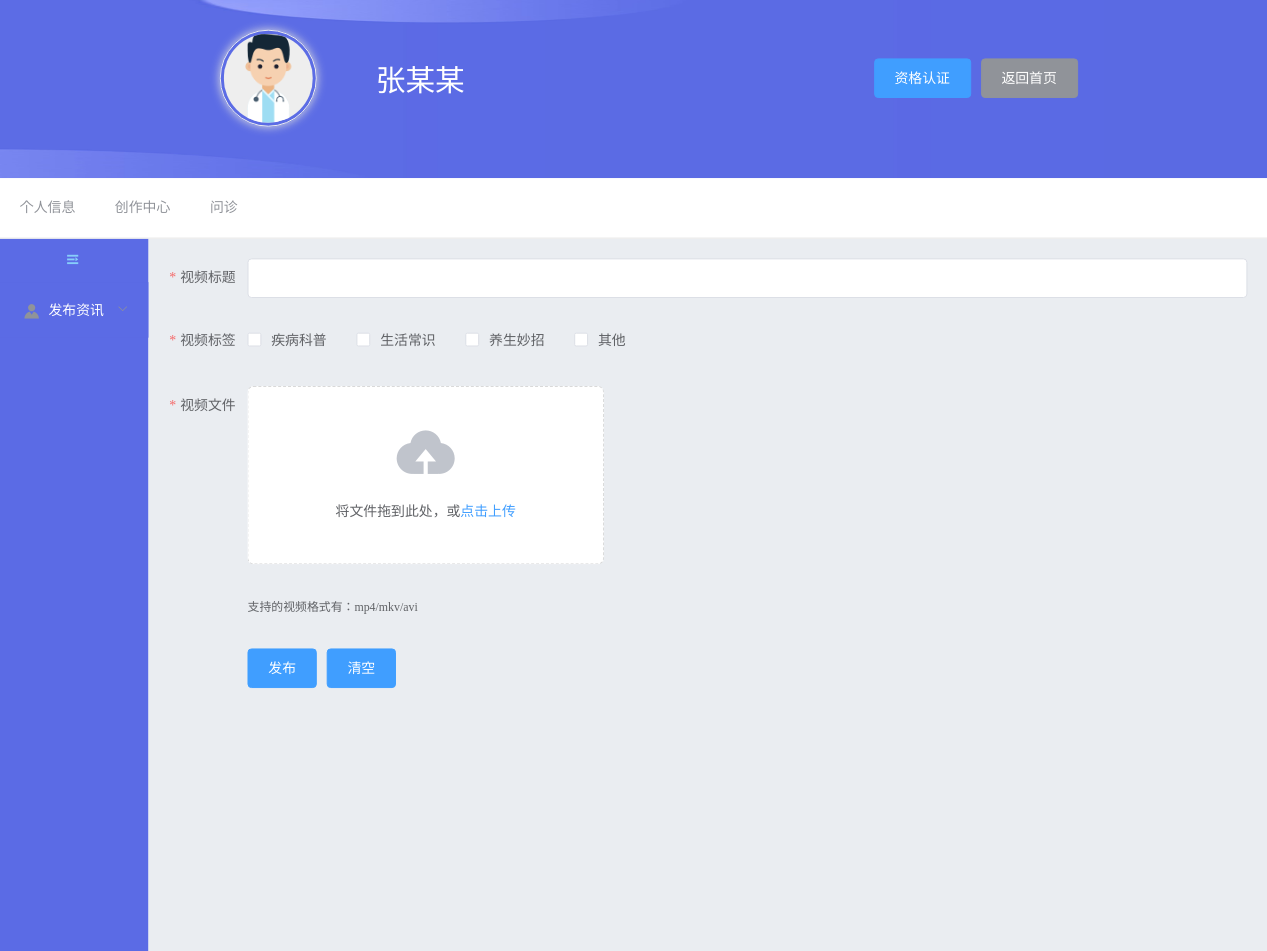
Repository: DiscreteL/SOA_Front
Page: /#/uploadVideo
These files come from the project's save history. The page is drawn as it stood at one moment and after the next save; the edit follows.
The browser window is 1280 px wide. The pictures show the whole page, at 99% of full size.
The project was rebuilt for these pictures with package versions that can differ from the ones it lists, and the page was loaded fresh each time. Also part of the build but not shown: vue.config.js, src/components/navigation.vue, src/components/dialog.vue, src/views/news.vue, src/components/announcement.vue, src/components/patientKnow.vue, src/views/Home.vue, src/views/login.vue and 15 more.

Above is the page before, as saved 2021-11-29 12:27:23.

### src/main.js
import Vue from 'vue'
import App from './App.vue'
import router from './router'
import store from './store'
import ElementUI from 'element-ui';
import 'element-ui/lib/theme-chalk/index.css';
import instance_ from "@/utils/api";

Vue.use(ElementUI);

Vue.config.productionTip = false

Vue.prototype.instance = instance_

new Vue({
  router,
  store,
  render: h => h(App)
}).$mount('#app')

router.beforeEach((to, from, next) => {
  /* 路由发生变化修改页面title */
  if (to.meta.title) {
      document.title = to.meta.title
  }
  next()
})

### src/App.vue
<template>
  <div id="app">
    <router-view/>
  </div>
</template>

<style lang="less" scoped>
</style>

<script>
export default {
  name: 'app'
}
</script>

### src/utils/api.js
//输出通用axios实例
import axios from 'axios';
axios.defaults.withCredentials = false

const instance = axios.create({
  timeout: 10000,
   headers: {
    'Content-Type': "multipart/form-data;charset=utf-8",
  }
});

export default {
  //GqvbYer04485869e6b5acbed4ed10dfd79468f6d84577b1

   diseaseList (data) {
     return instance.get("https://api.apishop.net/common/disease/queryDiseaseList?apiKey=GqvbYer04485869e6b5acbed4ed10dfd79468f6d84577b1&page=1&pageSize=50", data);
   },
   diseaseInfo(data){
    return instance.get("https://api.apishop.net/common/disease/queryDiseaseInfo?apiKey=GqvbYer04485869e6b5acbed4ed10dfd79468f6d84577b1&diseaseID="+data);
   }


//   allUser () {
//     return instance.post('/api/user');
//   },
//   allProduct () {
//    return instance.post('/api/product')
//   },
//   upload (data) {
//     return instance.post('/api/upload',data)
//   },
//   regist (data){
//   	return instance.post('/api/createOrUpdateUser',data)
//   }
};

### src/views/doctor/messageCenter.vue
<template>
  <div class="home_container">
    <UserHomeNav2></UserHomeNav2>
    <!--页面主体区-->
    <el-container>
      <!--侧边栏-->
      <el-aside :width="isCollapse ? '64px' : '150px'">
        <div class="toggle-button" @click="toggleCollapse">
          <div v-if="this.isCollapse == true">
            <i class="el-icon-s-fold"></i>
          </div>
          <div v-else>
            <i class="el-icon-s-unfold"></i>
          </div>
        </div>
        <el-menu
          background-color="#5b6be5"
          text-color="#fff"
          active-text-color="#409EFF"
          :collapse="isCollapse"
          :collapse-transition="false"
          :router="true"
          :default-active="activePath"
        >
          <!-- :unique-opened="true"->只允许展开一个菜单 -->
          <!-- :collapse-transition="false" -> 关闭动画 -->
          <!-- router -> 导航开启路由模式 -->
          <el-submenu index="1">
          <!-- 一级菜单模板 -->
          <template slot="title">
            <i class="el-icon-s-custom"></i>
            <span>发布资讯</span>
          </template>
            <el-menu-item index="/uploadArticle" @click="saveNavState('/uploadArticle')">
              <i class="el-icon-date" style="color: #dcdcdc"></i>
              <span slot="title">发布文章</span>
            </el-menu-item>
            <el-menu-item index="/uploadVideo" @click="saveNavState('/uploadVideo')">
              <i class="el-icon-date" style="color: #dcdcdc"></i>
            <span slot="title">上传视频</span>
            </el-menu-item>
          </el-submenu>

        </el-menu>
      </el-aside>
      <!--右侧主体区-->
      <el-main>
        <router-view></router-view>
      </el-main>
    </el-container>
  </div>
</template>

<script>
import UserHomeNav2 from "@/components/userhomenav2.vue";

export default {
  name: "messageCenter",
  components: {
    UserHomeNav2,
  },
  data() {
    return {
      // 默认不折叠
      isCollapse: false,
      // 被激活导航地址
      activePath: "",
    };
  },
  created() {
    this.activePath = window.sessionStorage.getItem("activePath");
  },
  methods: {
    toggleCollapse() {
      this.isCollapse = !this.isCollapse;
    },
    saveNavState(activePath) {
      window.sessionStorage.setItem("activePath", activePath);
      this.activePath = activePath;
    },
  },
};
</script>

<style lang="less" scoped>
html,
body {
  width: 100%;
  height: 100%;
  margin: 0px;
  padding: 0px;
}
.home_container{
    height: 100vh;
}
.el-container{
    height: 100%;
}
.el-aside {
  background-color: #5b6be5;
  .el-menu {
    border-right: none;
  }
}
.el-main {
  background-color: #eaedf1;
}
.toggle-button {
  background-color: #5b6be5;
  font-size: 15px;
  line-height: 24px;
  color: #87cefa;
  text-align: center;
  letter-spacing: 0.2em;
  cursor: pointer;
  padding: 10px;
}
.logo_box {
  height: 60px;
  width: 60px;
  border: 5px #53868b;
  border-radius: 50%; /* 圆角 */
  position: relative;
  margin: 30px;
}
.port_box img {
  width: 100%;
  height: 100%;
  border-radius: 50%; /* 圆角 */
  background-color: #53868b;
}
</style>

### src/views/doctor/message/uploadVideo.vue
<template>
  <el-form ref="form" :model="form" label-width="80px">
    <el-form-item label="视频标题" required>
      <el-input v-model="form.title"></el-input>
    </el-form-item>
    <el-form-item label="视频标签" required>
      <el-checkbox-group v-model="form.label">
        <el-checkbox label="疾病科普" name="label"></el-checkbox>
        <el-checkbox label="生活常识" name="label"></el-checkbox>
        <el-checkbox label="养生妙招" name="label"></el-checkbox>
        <el-checkbox label="其他" name="label"></el-checkbox>
      </el-checkbox-group>
    </el-form-item>
    <el-form-item label="视频文件" required>
      <el-upload
        class="upload-demo"
        v-model="form.video"
        drag
        action="https://jsonplaceholder.typicode.com/posts/"
        multiple
      >
        <i class="el-icon-upload"></i>
        <div class="el-upload__text">将文件拖到此处，或<em>点击上传</em></div>
        <div class="el-upload__tip" slot="tip">
          支持的视频格式有：mp4/mkv/avi
        </div>
      </el-upload>
    </el-form-item>
    <el-form-item>
      <el-button type="primary" @click="onSubmit">发布</el-button>
      <el-button type="primary" @click="clear">清空</el-button>
    </el-form-item>
  </el-form>
</template>

<script>
export default {
  data() {
    return {
      form: {
        title: "",
        label: [],
        video: "",
      },
    };
  },
  methods: {
    onSubmit() {
      console.log("submit!");
    },
    clear() {
      this.$refs.form.resetFields();
    },
  },
};
</script>

### src/service/userService.js
import url from '../axios/url';
import request from '../axios/request';

export function getDocDataFun(params) {
    return request.get(url.patient.getDocListData, params);
  }

export function getDocOptionFun(params) {
    return request.get(url.patient.getDocOptionData, params);
  }

export function getDrugFun(params){
  return request.get(url.patient.getDrugData,params);
}

export function getHosFun(params){
  return request.get(url.patient.getHosData,params);
}

export function getNoticeFun(params){
  return request.get(url.patient.getNoticeData,params);
}

export function getDiseaseFun(params){
  return request.get(url.patient.getDiseaseData,params);
}

export function postReservationFun(params){
  return request.post(url.patient.postReservationData,params);
}

export function loginPFun(params){
  return request.get(url.patient.patientLogin,params);
}

export function loginDFun(params){
  return request.get(url.patient.doctorLogin,params);
}

export function registerPFun(params){
  return request.post(url.patient.patientRegister,params);
}

export function registerDFun(params){
  return request.post(url.patient.doctorRegister,params);
}

export function sendAcidFormFun(params){
  return request.post(url.patient.sendAcidForm, params)
}

export function sendOfflineReFun(params){
  return request.post(url.patient.sendOffineReservation, params)
}

export function sendChatMesFun(params){
  return request.post(url.alluser.sendChatMes, params)
}

export function getChatMesFun(params){
  return request.get(url.alluser.getChatMes, params)
}

export function getCartFun(params){
  return request.get(url.patient.getCart, params)
}

export function clearCartFun(params){
  return request.post(url.patient.clearCart, params)
}

export function addCartFun(params){
  return request.post(url.patient.addCart, params)
}

export function getPatientInfoDataFun(params){
  return request.get(url.doctor.getPatientInfoData,params);
}
export function postPreDataFun(params){
  return request.post(url.doctor.postPreData,params);
}

export function postMedicineIncludedDataFun(params){
  return request.post(url.doctor.postMedicineIncludedData,params);
}

export function postReportDataFun(params){
  return request.post(url.doctor.postReportData,params);
}

export function getDocInfoData(params){
  return request.get(url.patient.getDocInfoData,params);
}

export function getDrugsIncludedListDataFun(params){
  return request.get(url.patient.getDrugsIncludedListData,params);
}

export function postRateDataFun(params){
  return request.post(url.patient.postRateData,params);
}

export function getPreDataFun(params){
  return request.get(url.patient.getPreData,params);
}

export function getDiseaseListDataFun(params){
  return request.get(url.patient.getDiseaseListData,params);
}

export function getDepartmentListDataFun(params){
  return request.get(url.patient.getDepartmentListData,params);
}

export function getPatientInfoFun(params){
  return request.get(url.patient.getPatientInfo,params);
}

export function postAutoAddDataFun(params){
  return request.post(url.patient.postAutoAddData,params);
}

export function getDrugListDataFun(params){
  return request.get(url.patient.getDrugListData,params);
}

export function getNATFun(params){
  return request.get(url.patient.getNAT,params);
}
export function getReportListDataFun(params){
  return request.get(url.admin.getReportListData,params);
}
export function getNoticeListDataFun(params){
  return request.get(url.admin.getNoticeListData,params);
}
export function postNoticeDataFun(params){
  return request.post(url.admin.postNoticeData,params);
}

export function getDocFun(params){
  return request.get(url.patient.getDoctorData,params)
}

export function getRecordsFun(params){
  return request.get(url.patient.getRecordsData,params)
}

export function getCompletedRecordsFun(params){
  return request.get(url.patient.getCompletedRecordsData,params)
}

export function updateReservationFun(params){
  return request.post(url.patient.updateReservationData,params)
}

export function postNoticeFun(params){
  return request.post(url.patient.postNoticeData,params)
}

export function deleteNoticeFun(params){
  return request.post(url.patient.deleteNotice,params)
}

export function getPatiBMIFun(params){
  return request.get(url.patient.getPatiBMI,params)
}

export function getPaiInoFun(params){
  return request.get(url.patient.getPaiIno,params)
}

export function getOfflineAppFun(params){
  return request.get(url.patient.getOfflineApp,params)
}

export function getReservationsFun(params){
  return request.get(url.patient.getReservations,params)
}

export function postPaiInoFun(params){
  return request.post(url.patient.postPaiIno,params)
}

export function RectifyOfflineAppFun(params){
  return request.post(url.patient.postRectifyOfflineApp,params)
}

export function RectifyNucleicAppFun(params){
  return request.post(url.patient.postRectifyNucleicApp,params)
}

export function getDocInoFun(params){
  return request.get(url.doctor.getDocIno,params)
}

export function getHospitalFun(params){
  return request.get(url.patient.getHospital,params)
}

### src/components/userhomenav2.vue
<template>
  <div class="container">
    <div class="head">
      <div class="background">
        <img src="@/assets/back.jpg" alt="" width="100%" height="100%" />
      </div>
      <div class="headmain">
        <div class="left">
          <!-- 头像部分 -->
          <div class="port_box">
            <img src="../assets/docPort.png" />
          </div>

          <!-- 个人信息部分 -->
          <div
            class="Info"
            style="color: white; font-size: 30px; font-family: 宋体"
          >
            {{ userName }}<br />
          </div>
        </div>
        <div>
            <el-button type="primary" @click="certify">资格认证</el-button>
          <el-button type="info" @click="returnhome">返回首页</el-button>
        </div>
      </div>
    </div>
    <div class="navBar">
      <el-menu
        :default-active="this.$route.path"
        class="el-menu-demo"
        router
        mode="horizontal"
        active-text-color="#409EFF"
      >
        <el-menu-item v-for="(item, i) in navList" :key="i" :index="item.name">
          {{ item.navItem }}
        </el-menu-item>
      </el-menu>
    </div>
    <div></div>
  </div>
</template>

<script>
export default {
  name: "UserHomeNav2",
  data() {
    return {
      //   userID: window.sessionStorage.getItem("id"),
      userName: "张某某",
      navList: [
        { name: "/userHome2", navItem: "个人信息" },
        { name: "/messageCenter", navItem: "创作中心" },
        { name: "/consult", navItem: "问诊" },
        // { name: "/help", navItem: "帮助中心" },
      ],
    };
  },
  methods: {
    returnhome(){
      this.$router.push("/home");
    },
    certify(){

    }
  },
};
</script>

<style scoped>
.head {
  height: 180px;
  width: 100%;
}
.background {
  width: 100%;
  height: 180px;
  z-index: -1;
  position: absolute;
}
.headmain {
  display: flex;
  justify-content: space-around;
  align-items: center;

}
.left {
  display: flex;
  align-items: center;
}
.port_box {
  height: 90px;
  width: 90px;
  border: 1px solid #eee;
  border-radius: 50%; /* 圆角 */
  padding: 3px; /*图片和边框之间的间距 */
  box-shadow: 0 0 10px #ddd; /*阴影 */
  position: relative;
  margin: 30px;
}
.port_box img {
  width: 100%;
  height: 100%;
  border-radius: 50%; /* 圆角 */
  background-color: #eee;
}

.Info {
  text-align: left;
  font: 15px "Microsoft YaHei";
  margin: 30px;
  position: relative;
}
</style>

### src/axios/url.js
import patient from './modules/patient';
import alluser from './modules/alluser';
import doctor from './modules/doctor';
import admin from './modules/admin';
export default {
    patient,
    alluser,
    doctor,
    admin,
};

### src/axios/request.js
import axios from './axios';
export default {
  // get请求
  get(url, param) {
    return new Promise((resolve, reject) => {
      axios({
        method: 'get',
        url,
        params: param
      })
        .then((res = {}) => {
          if (res.code !== '200') reject(res);
          resolve(res);
        })
        .catch(_ => {
          reject(_)});
    });
  },
  // post请求
  post(url, param) {
    return new Promise((resolve, reject) => {
      axios({
        method: 'post',
        url,
        data: param,
      })
        .then((res = {}) => {
          if (res.code !== '200') reject(res);
          resolve(res);
        })
        .catch(_ => reject(_));
    });
  },
};

### src/axios/modules/patient.js
export default {
    getDocListData:'/Patient/GetDoctorList',
    getDrugData:'/Patient/GetDrugInforList',
    getHosData:'/Patient/GetHospitalList',
    getNoticeData:'/Patient/GetNoticeList',
    getDiseaseData:'/Patient/GetDiseaseList',
    patientLogin:'/Patient/Login',
    doctorLogin:'/Doctor/Login',
    patientRegister:'/Patient/Register',
    doctorRegister:'/Doctor/Register',
    postReservationData:'/Patient/PostReservation',
    sendAcidForm:'/Patient/PostAppOfNuc',
    sendOffineReservation:'/Patient/PostOfflineApp',
    getCart:'/Patient/GetCart',
    clearCart:'/Patient/EmptyCart',
    addCart:'/Patient/AddDrug',
    getDocInfoData:'/Patient/GetDoctor',
    getDrugsIncludedListData:'/Patient/GetIncludeList',
    postRateData:'/Patient/PostRating',
    getPreData:'/Patient/GetPre',
    getDiseaseListData:'/Patient/GetDiseaseList',//存在重复
    getDepartmentListData:'/Patient/GetDepartmentList',//存在重复
    getPatientInfo:'/Patient/GetPatiInfor',
    postAutoAddData:'/Patient/AutoAddDrug',
    getDrugListData:'/Patient/GetDrugInforList',//存在重复
    getLocalImg:'/Patient/GetImg',
    getNAT:'/Patient/GetAppsOfNuc',
    postNoticeData:'/Admin/PostNotice',
    deleteNotice:'/Admin/DeleteNotice',
    getPaiIno:'/Patient/GetPatient',
    getOfflineApp:'/Patient/GetOfflineAppList',
    getReservations:'/Patient/GetReservations',
    getPatiBMI:'/Patient/GetPatiInfor',
    getHospital:'/Patient/GetHospital',
    getPreData:'/Patient/GetPre',
    postPaiIno:'/Patient/ModInfor',
    postUpdateReservation:'Patient/UpdateReservation',
    postRectifyOfflineApp:'/Patient/RectifyOfflineApp',
    postRectifyNucleicApp:'/Patient/RectifyNucleicApp',
    updateReservationData:'/Patient/UpdateReservation',
    getDoctorData:'/Doctor/GetDoctor',
    getRecordsData:'/Doctor/GetReservationLists',
    getCompletedRecordsData:'/Doctor/GetRecords'
  };

### src/axios/modules/alluser.js
export default{
    sendChatMes:'/Base/PostChat',
    getChatMes:'/Base/GetChat'
};

### src/axios/modules/doctor.js
export default {
    getPatientInfoData:'/Doctor/GetPatient',
    postPreData:'/Doctor/PostPre',
    postMedicineIncludedData:'/Doctor/PostInclude',
    postReportData:'/Doctor/PostReport',
    getDocIno:'/Doctor/GetDoctor',
};

### src/axios/modules/admin.js
export default {
    getReportListData:'/Admin/GetReportForms',
    getNoticeListData:'/Admin/GetNoticeList',
    postNoticeData:'/Admin/PostNotice'
}

### src/axios/axios.js
import axios from 'axios';
import router from '../router';
import Vue from 'vue';
import qs from 'qs';
//import store from '../store/index';

//import Storage from '../utils/storages';


// 错误状态码处理提示
class MessageTip extends Vue {
  static messageTipInstance = null;
  messageTip = null;

  static instance() {
    if (!this.messageTipInstance) {
      this.messageTipInstance = new MessageTip();
    }
    this.messageTipInstance;
  }

  // 提示信息
  msgInfo(msg) {
    this.messageTip && this.messageTip.close();
    this.messageTip = this.$message({
      showClose: true,
      message: msg,
      type: 'error',
      center: true
    });
  }

  // 错误信息
  errorInfo(errorCode) {
    this.messageTip && this.messageTip.close();
    let msg = '';
    switch (errorCode) {
      case '400':
        msg = '请求错误';
        break;
      case '401':
        msg = '登录会话过期，请重新登录';
        break;
      case '403':
        msg = '拒绝访问';
        break;
      case '404':
        msg = '请求地址出错';
        break;
      case '408':
        msg = '请求超时';
        break;
      case '500':
        msg = '服务器内部错误';
        break;
      case '501':
        msg = '服务器未实现';
        break;
      case '502':
        msg = '网络错误';
        break;
      case '503':
        msg = '服务不可用';
        break;
      case '504':
        msg = '网关超时';
        break;
      case '505':
        msg = 'HTTP版本不受支持';
        break;
    }
    this.messageTip = this.$message({
      showClose: true,
      message: msg,
      type: 'error',
      center: true
    });
  }
}

const messageTip = new MessageTip();

axios.defaults.headers.post['Content-Type'] = 'application/json';

axios.defaults.withCredentials = true;
axios.defaults.baseURL = '/api';
axios.defaults.timeout = 5000;
// 请求拦截器
axios.interceptors.request.use(
  config => {
    if(config.method === 'post') {
      config.data = qs.stringify(config.data)
      config.url += '?' + config.data
    }
    else {
      config.params = qs.stringify(config.params)
      config.url += '?' + config.params
    }
    //config.headers.token = localStorage.getItem('$token_info');
    return config;
  },
  error => {
    return Promise.reject(error);
  }
);

// 响应拦截器
axios.interceptors.response.use(
  response => {
    response.data = {
      result:response.data,
      code:`${response.status}`
    }
    if (response && response.data && response.data.code !== '200') {
      response.data.msg && messageTip.msgInfo(response.data.msg);
      console.log(response)
      return Promise.reject(response.data);
    }
    return response.data;
  },
  error => {
    console.log(error)
    console.log(error.response)
    if (
      error &&
      error.response &&
      error.response.status &&
      messageTip.errorInfo(error.response.status)
    ) {
      return Promise.reject(error);
    }
  }
);
export default axios;

Loaded but not shown: public/index.html (common file); src/store/index.js (common file); src/router/index.js (225 lines, source omitted)

After the next save:
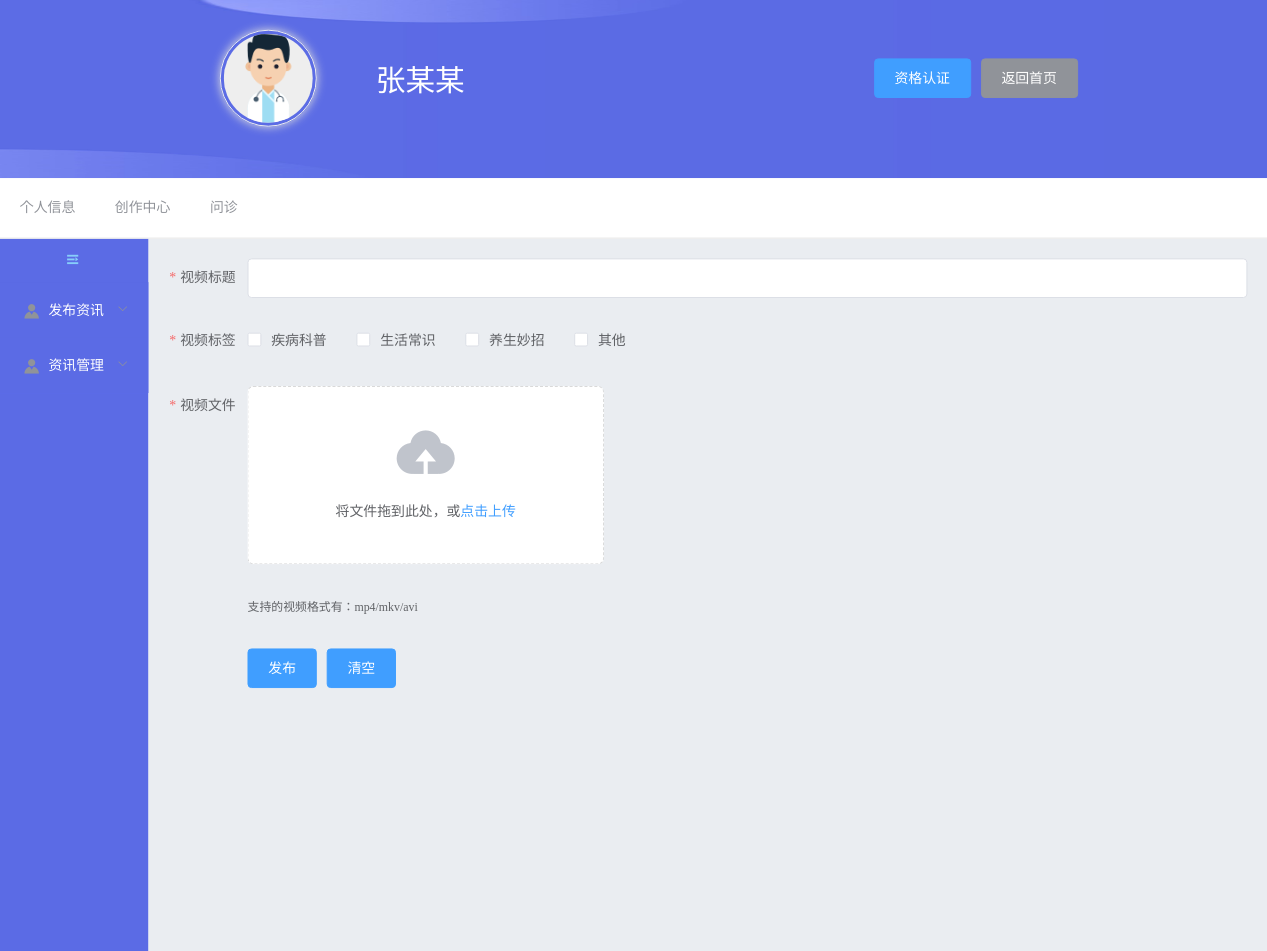
Saved 99 s later.
--- a/src/views/doctor/messageCenter.vue
+++ b/src/views/doctor/messageCenter.vue
@@ -40,7 +40,21 @@
             <span slot="title">上传视频</span>
             </el-menu-item>
           </el-submenu>
-
+          <el-submenu index="2">
+          <!-- 一级菜单模板 -->
+          <template slot="title">
+            <i class="el-icon-s-custom"></i>
+            <span>资讯管理</span>
+          </template>
+            <el-menu-item index="/manageArticle" @click="saveNavState('/manageArticle')">
+              <i class="el-icon-date" style="color: #dcdcdc"></i>
+              <span slot="title">文章管理</span>
+            </el-menu-item>
+            <el-menu-item index="/manageVideo" @click="saveNavState('/manageVideo')">
+              <i class="el-icon-date" style="color: #dcdcdc"></i>
+            <span slot="title">视频管理</span>
+            </el-menu-item>
+          </el-submenu>
         </el-menu>
       </el-aside>
       <!--右侧主体区-->
